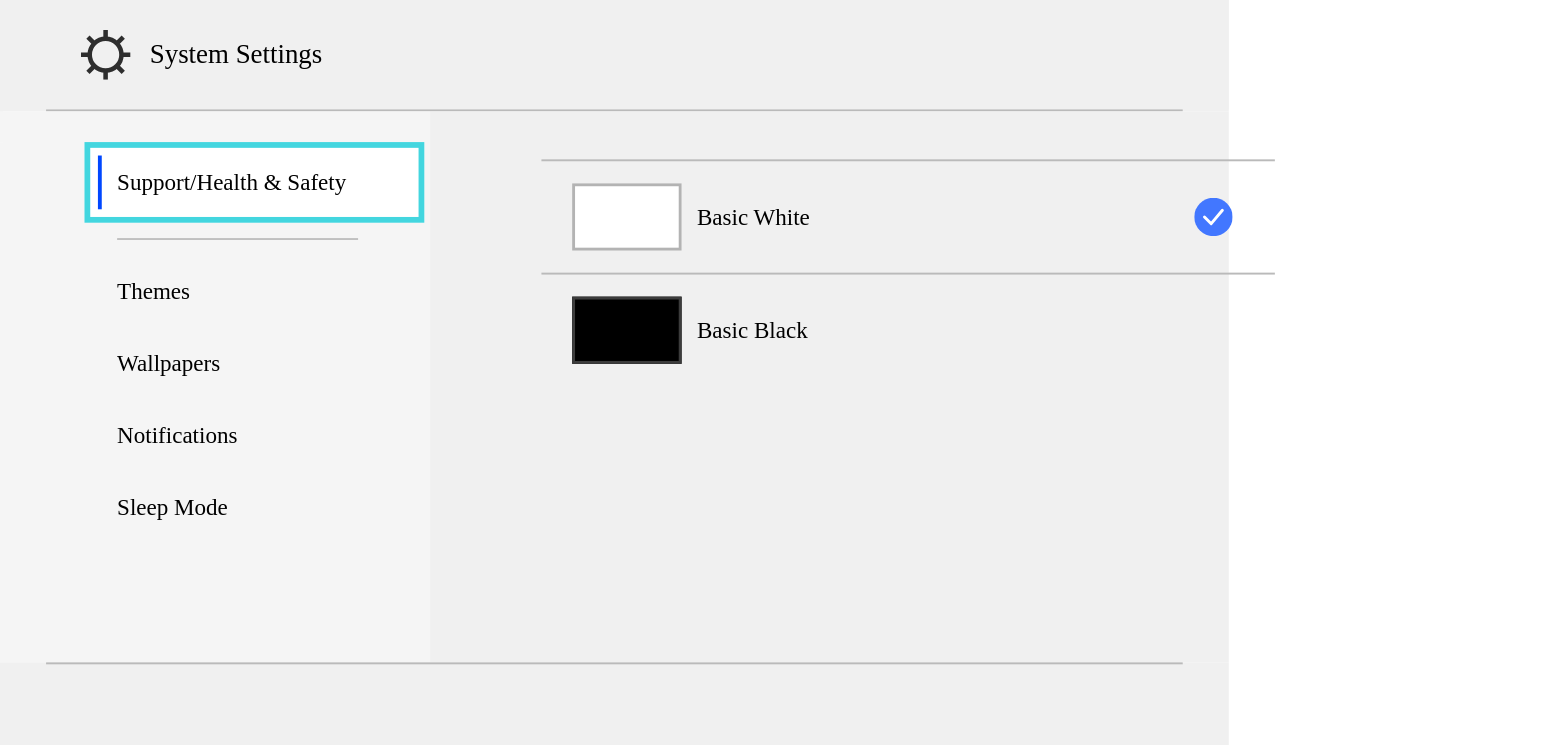
Repository: danielj1415/nintendoSwitchUI2
Page: /settings
The author's editor kept a copy of each file at every save. The page is drawn from the files as they stood at one save, then again after the next save.
The browser window is 1280 px wide. The page is 1620 px wide, so the pictures cover 1620 px, including what lies to the right of the window. The pictures show the whole page, at 96% of full size.
The project was rebuilt for these pictures with package versions that can differ from the ones it lists, and the page was loaded fresh each time. Also part of the build but not shown: vite.config.js, src/ScreenHome.jsx.

Above is the page before, as saved 2024-09-30 10:16:17.

After the next save:
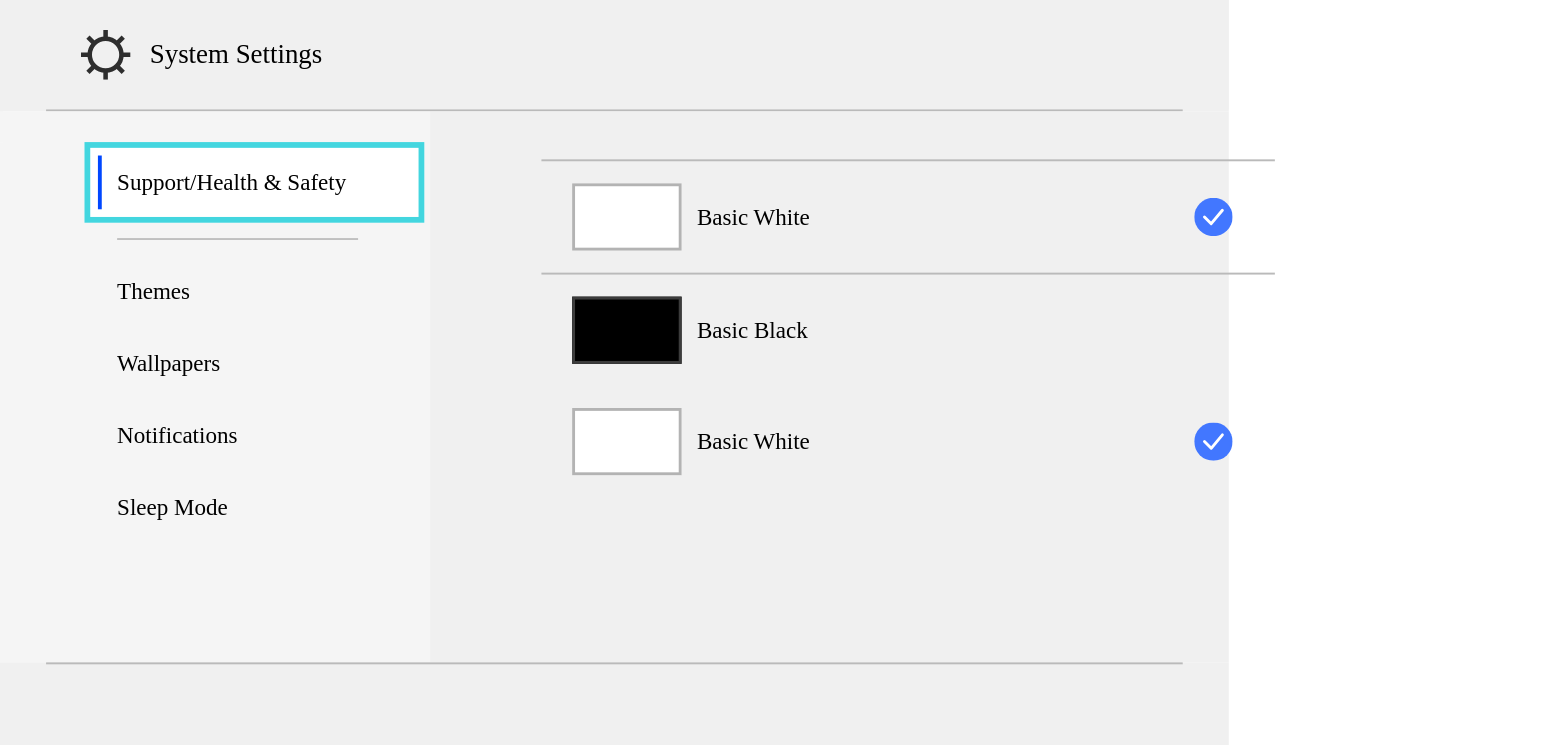
Saved 13 s later.
--- a/src/ScreenSettings.jsx
+++ b/src/ScreenSettings.jsx
@@ -106,7 +106,11 @@ function ScreenSettings(){
                             <div className = "themeBlackRectangle marginRight16 marginLeft32"></div>
                             <p className = "subheadingText">Basic Black</p>
                         </div>
-
+                        <div className = "themeRowSelected marginLeft144">
+                            <div className = "themeWhiteRectangle marginRight16 marginLeft32"></div>
+                            <p className = "subheadingText">Basic White</p>
+                            <img className = "iconCheckMark" src = {iconCheckMark}/>
+                        </div>
                     </div>
                 )}
                 {optionsWallpaper === true && ( // wallpaper page on system settings
